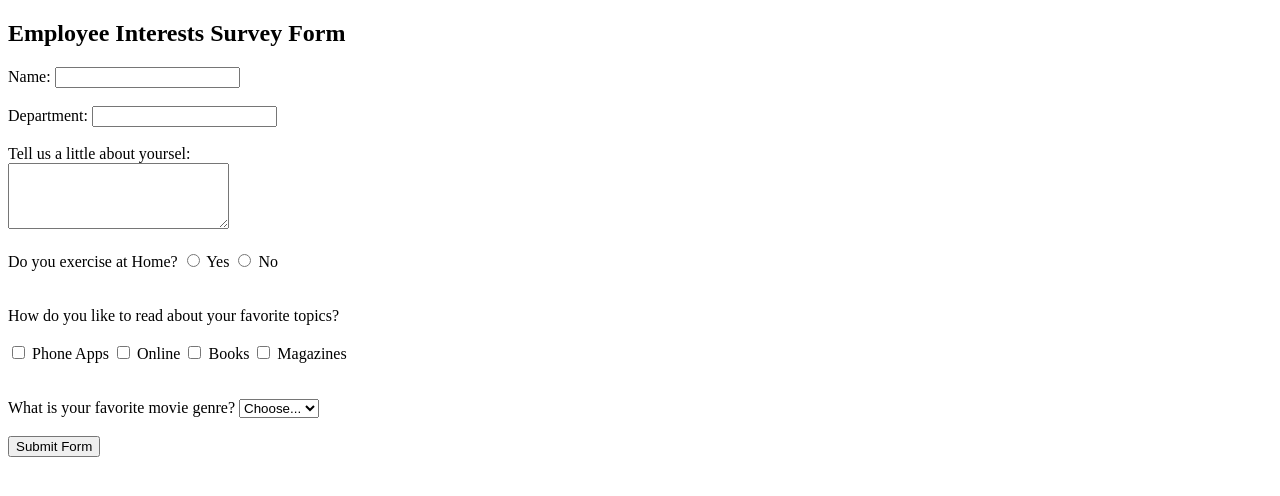
Repository: JoaoLemesDEV/Exercise-Survey-Form
Page: index.html
An editor plug-in stored every save of this project. The page is shown before and after the next save, followed by the edit.
The browser window is 1280 px wide. The pictures show the whole page.

Above is the page before, as saved 2021-10-10 18:47:26.

### index.html
<!DOCTYPE html>
<html lang="en">
  <head>
    <meta charset="UTF-8" />
    <meta http-equiv="X-UA-Compatible" content="IE=edge" />
    <meta name="viewport" content="width=device-width, initial-scale=1.0" />
    <title>Survey Form</title>
  </head>
  <style>
    form{
      margin-left: 50
      px;
    }
  </style>
  <body>
    <form action="">
      <h2>Employee Interests Survey Form</h2>
      <label for="name">Name: </label>
      <input type="text" name="name" id="" required /><br /><br />
      <label for="dep">Department:</label>
      <input type="text" name="dep" id="" required /><br /><br />
      <label for="message">Tell us a little about yoursel:</label><br />
      <textarea name="message" id="message" cols="25" rows="4"></textarea
      ><br /><br />
      <label for="question01">Do you exercise at Home?</label>
      <input type="radio" name="question01" id="question01" />
      <label for="question01">Yes</label>
      <input type="radio" name="question01" id="question01" />
      <label for="question01">No</label><br /><br /><br />
      <label for="checkbox">How do you like to read about your favorite topics?</label
      ><br /><br />
      <input type="checkbox" name="" id="" />
      <label for="">Phone Apps</label>
      <input type="checkbox" name="" id="" />
      <label for="">Online</label>
      <input type="checkbox" name="" id="" />
      <label for="">Books</label>
      <input type="checkbox" name="" id="" />
      <label for="checkbox">Magazines</label><br /><br /><br />
      <label for="genre">What is your favorite movie genre?</label>
      <select name="genre" id="genre">
        <option value="genre" selected disabled hidden>Choose...</option>
        <option value="genre">Drama</option>
        <option value="genre">Terror</option>
        <option value="genre">Comedy</option>
        <option value="genre">Horror</option>
        <option value="genre">Action</option></select
      ><br /><br />
      <input type="submit" value="Submit Form" />
    </form>
  </body>
</html>

After the next save:
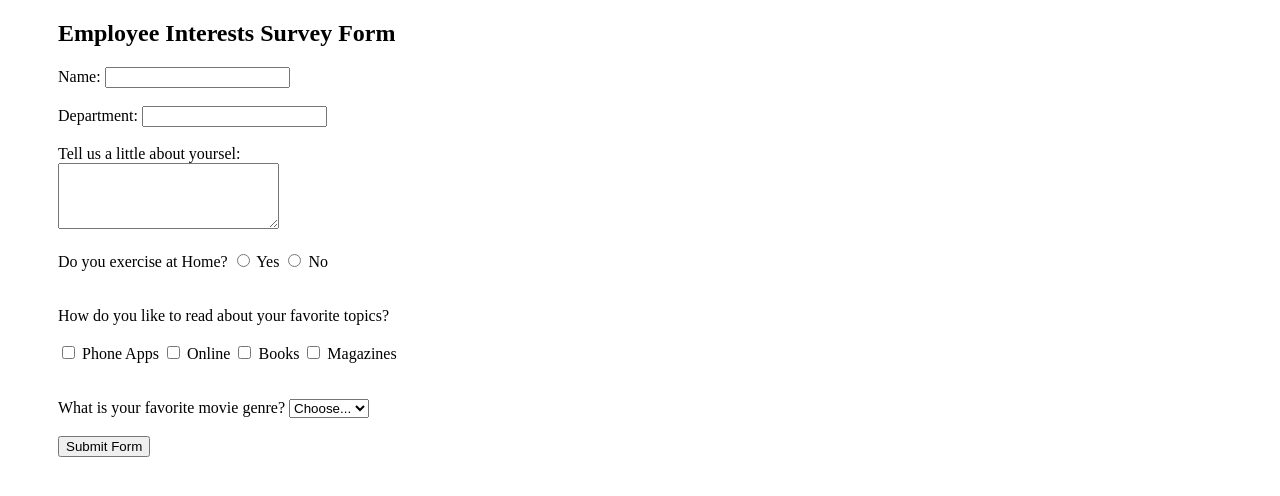
Saved 4 s later.
--- a/index.html
+++ b/index.html
@@ -8,8 +8,8 @@
   </head>
   <style>
     form{
-      margin-left: 50
-      px;
+      margin-left: 50px;
+
     }
   </style>
   <body>
